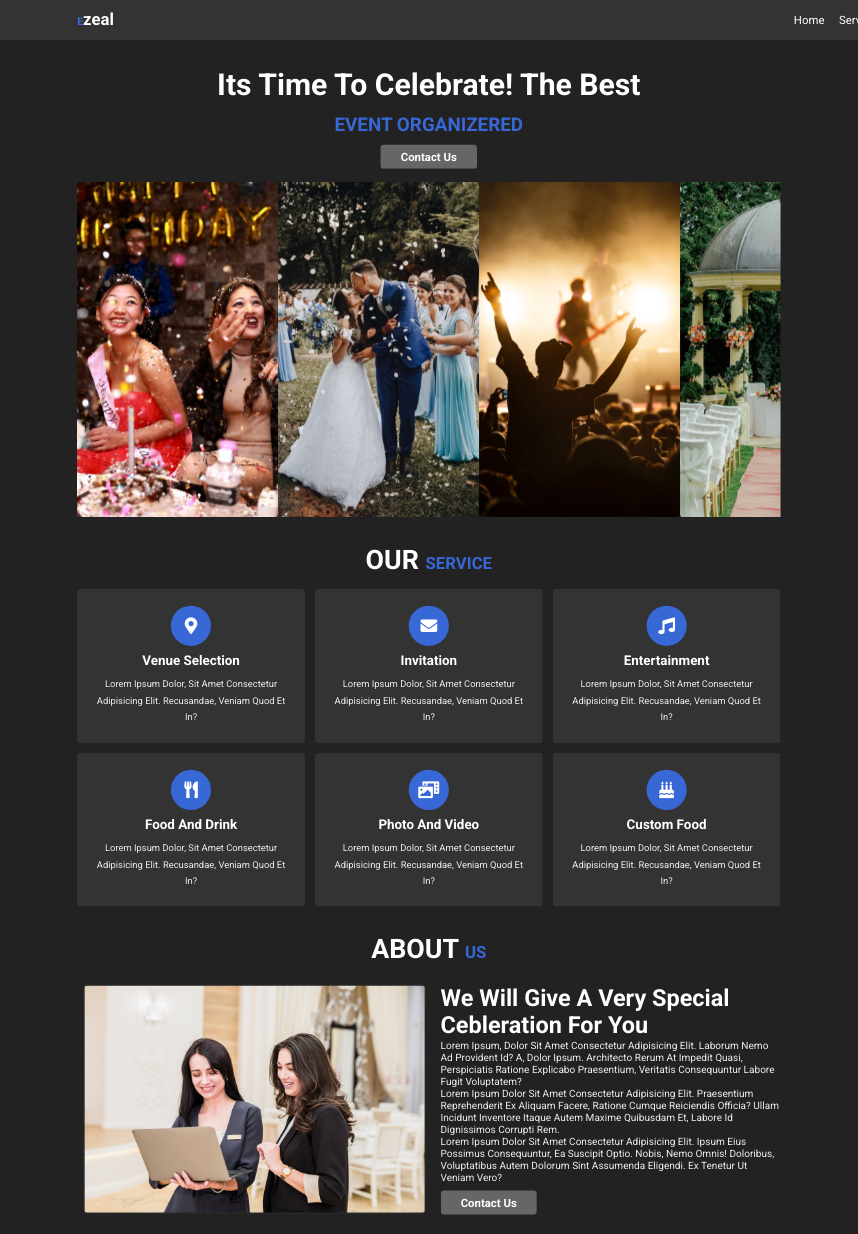
Repository: Jayce1607/First-clone
Page: html/index.html
These files come from the project's save history. The page is drawn as it stood at one moment and after the next save; the edit follows.
The browser window is 1280 px wide. The pictures show the whole page, at 67% of full size.

Above is the page before, as saved 2021-08-26 19:29:24.
Console error: ReferenceError: Swiper is not defined

After the next save:
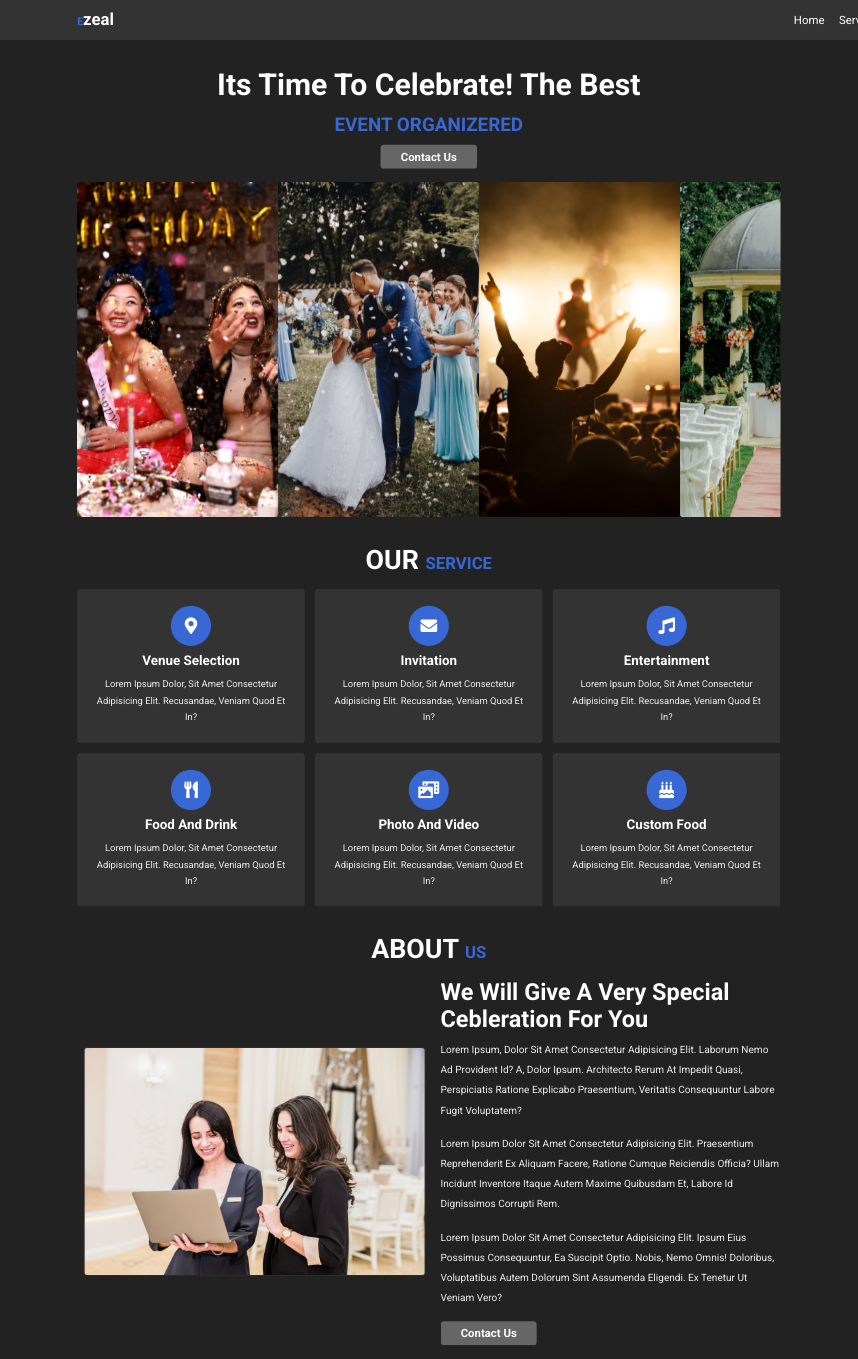
Saved 15 s later.
--- a/css/app.css
+++ b/css/app.css
@@ -136,6 +136,8 @@
 .about .row .content p{
   font-size: 1.5rem;
   color: #eee;
+  line-height: 2;
+  padding: 1rem 0;
 }
 
 
